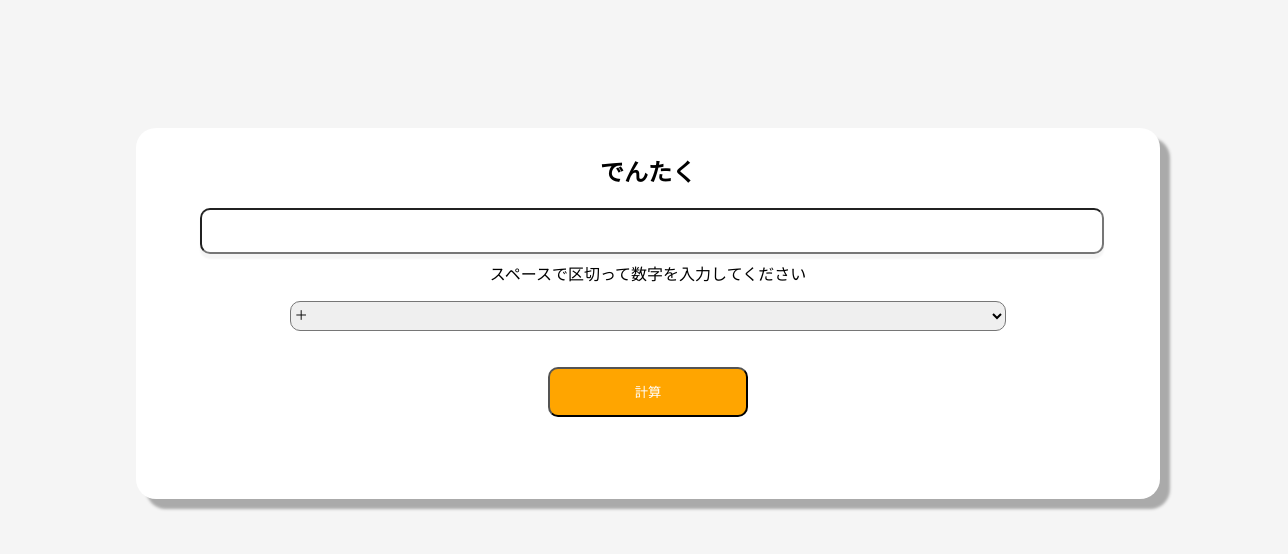
Repository: yuuukihara/test2
Page: http://localhost/dentaku2/
These files come from the project's save history. The page is drawn as it stood at one moment and after the next save; the edit follows.
The browser window is 1280 px wide. The page is 1288 px wide, so the pictures cover 1288 px, including what lies to the right of the window. The pictures show the whole page.
The page is served by Tomcat 9. Other server files are loaded and not shown.

Above is the page before, as saved 2018-09-10 06:38:20.

### dentaku2/WebContent/index.jsp
<%@ page language="java" contentType="text/html; charset=UTF-8"
    pageEncoding="UTF-8"%>


<!DOCTYPE html PUBLIC "-//W3C//DTD HTML 4.01 Transitional//EN" "http://www.w3.org/TR/html4/loose.dtd">
<html>
<head>
	<meta http-equiv="Content-Type" content="text/html; charset=UTF-8">
	<link rel="stylesheet" type="text/css" href="./css/Style.css">
	<title>けいさん</title>
</head>

<body>
<div class="header"></div>

<div class="continer">
	<h2 class="top" >でんたく</h2>
	<form action="Keisan" method="post">
		<input type="text" name="keisan" class="input"><br>
		<div class="rei"><span>スペースで区切って</span>数字を入力してください</div>
		<p><select name="way" class="pull">
			<option value="1">＋</option>
			<option value="2">－</option>
			<option value="3">×</option>
			<option value="4">÷</option>
			<option value="5">平均(入力した値の平均)</option>
			<option value="6">円の面積(半径を入力)</option>
			<option value="7">乱数取得</option>
			<option value="8">おつりの計算(1,商品の値段,2支払い金額)</option>
		</select></p>
		<input type="submit" value="計算" class ="sub">
	</form><br>
</div>

<div class="footer"></div>

</body>
</html>

### dentaku2/WebContent/css/Style.css
@CHARSET "UTF-8";

body{
	width:100%;
	height:100%;
	background-color:#f5f5f5;
}
.continer{
	background-color:white;
	text-align:center;
	margin:10% 10%;
	padding:5px 5% 5% 5%;
	border-radius:20px;
	box-shadow:10px 10px 3px #aaaaaa;

}
.top{
	font-family:"Zapfino";
	color:whit;
}
.input{
	height:40px;
	width:100%;
	box-shadow: 0px 5px 2px #f5f5f5;
	border-radius:10px;
}
.pull{
	height:30px;
	width: 80%;
	border-radius:10px;
}
.sub{
	height:50px;
	width:200px;
	margin-top:20px;
	background-color:orange;
	border-radius:10px;
	color:white;

}
.rei{
	margin-top:7px;
}
.result-box{
	background-color:oldlace;
	box-shadow: 0px 5px 2px #f5f5f5;
	border-radius:10px;
	border: medium solid silver;
	padding-bottom:15px;
}

.result-word{

	border-bottom:medium solid silver;
	padding-top:5px;
	padding-bottom:5px;
	margin-bottom:15px;
}

After the next save:
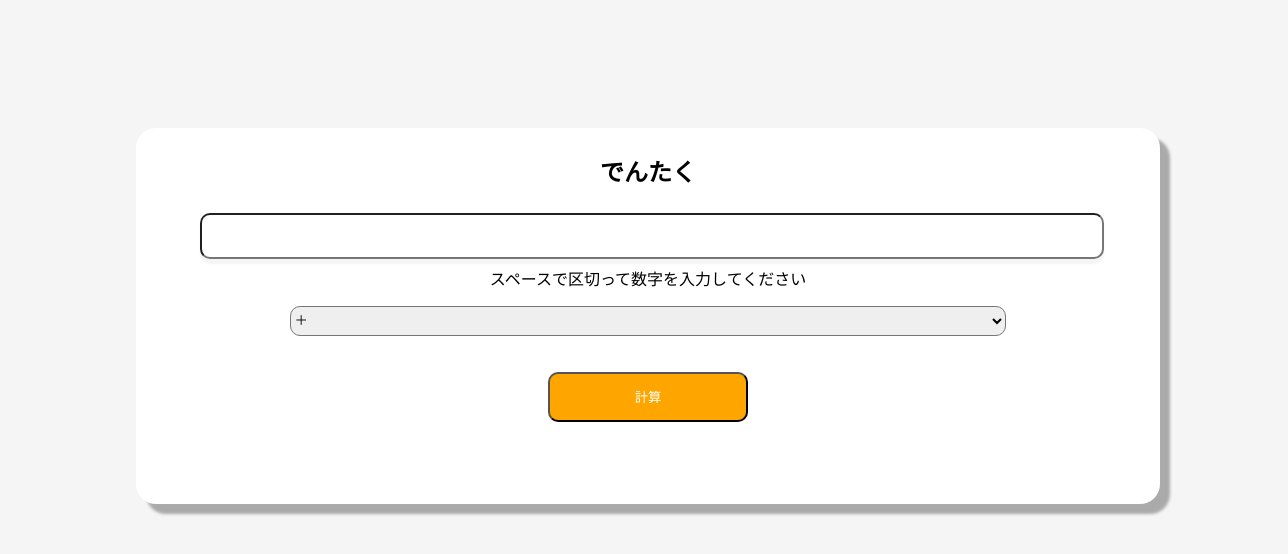
Saved 107 s later.
--- a/dentaku2/WebContent/css/Style.css
+++ b/dentaku2/WebContent/css/Style.css
@@ -17,6 +17,7 @@ body{
 .top{
 	font-family:"Zapfino";
 	color:whit;
+	padding-bottom:5px;
 }
 .input{
 	height:40px;
